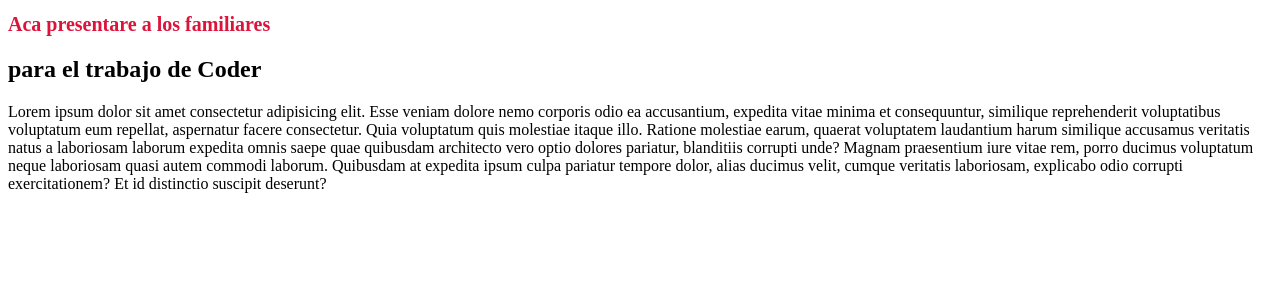
Repository: gadiazsaavedra/Familiares
Page: Familiares/Familiares/plantillas/template1.html
An editor plug-in stored every save of this project. The page is shown before and after the next save, followed by the edit.
The browser window is 1280 px wide. The pictures show the whole page.

Above is the page before, as saved 2021-12-07 16:36:11.

After the next save:
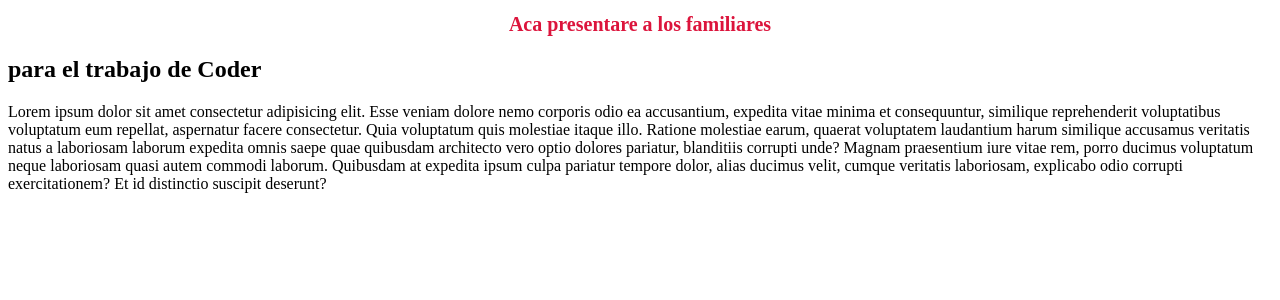
Saved 28 s later.
--- a/Familiares/Familiares/plantillas/template1.html
+++ b/Familiares/Familiares/plantillas/template1.html
@@ -7,7 +7,7 @@
     <title>Familia</title>
 </head>
 <body>
-    <h1 style="color:crimson; texta:center; font-size:20px">Aca presentare a los familiares</h1>
+    <h1 style="color:crimson; text-align:center; font-size:20px">Aca presentare a los familiares</h1>
     <h2>para el trabajo de Coder</h2>
     <p>Lorem ipsum dolor sit amet consectetur adipisicing elit. Esse veniam dolore nemo corporis odio ea accusantium, expedita vitae minima et consequuntur, similique reprehenderit voluptatibus voluptatum eum repellat, aspernatur facere consectetur. Quia voluptatum quis molestiae itaque illo. Ratione molestiae earum, quaerat voluptatem laudantium harum similique accusamus veritatis natus a laboriosam laborum expedita omnis saepe quae quibusdam architecto vero optio dolores pariatur, blanditiis corrupti unde? Magnam praesentium iure vitae rem, porro ducimus voluptatum neque laboriosam quasi autem commodi laborum. Quibusdam at expedita ipsum culpa pariatur tempore dolor, alias ducimus velit, cumque veritatis laboriosam, explicabo odio corrupti exercitationem? Et id distinctio suscipit deserunt?</p>
 </body>
